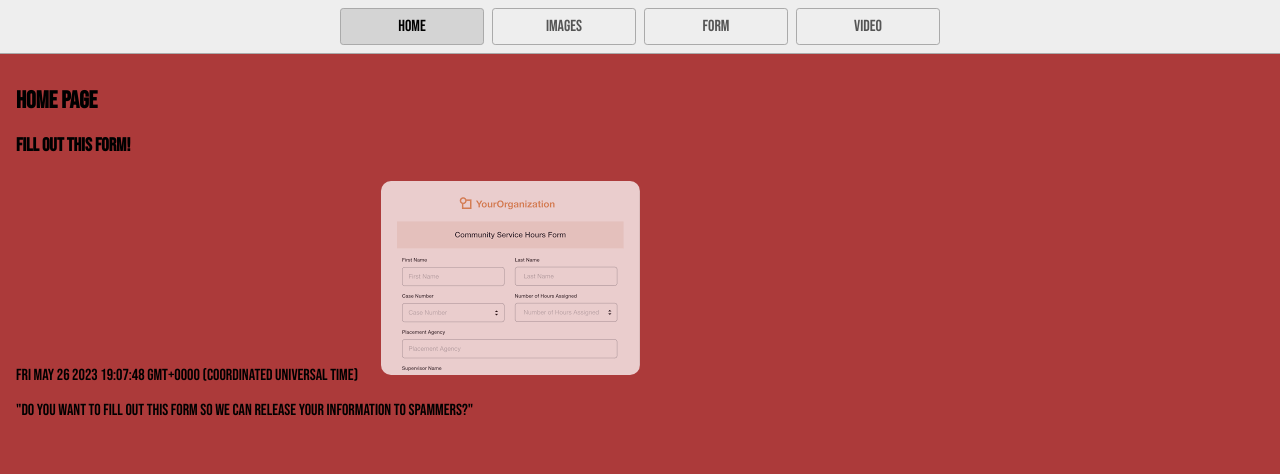
Repository: sebas6292/palmTree-Final
Page: Home.html
The author's editor kept a copy of each file at every save. The page is drawn from the files as they stood at one save, then again after the next save.
The browser window is 1280 px wide. The pictures show the whole page.

Above is the page before, as saved 2023-06-03 11:35:29.

After the next save:
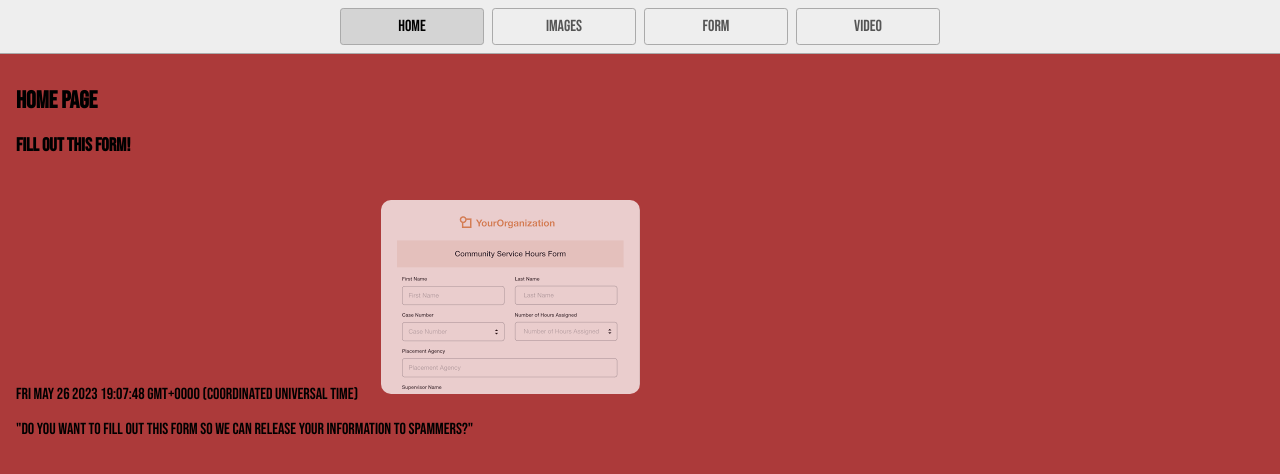
Saved 24 s later.
--- a/Home.html
+++ b/Home.html
@@ -20,7 +20,7 @@
     <main>
       <h1>Home page</h1>
       <div>
-        <h3>Fill out this Form!</h3>
+        <h3>Fill out this Form!</h3><br>
         <script>
           document.write(Date())
         </script>
